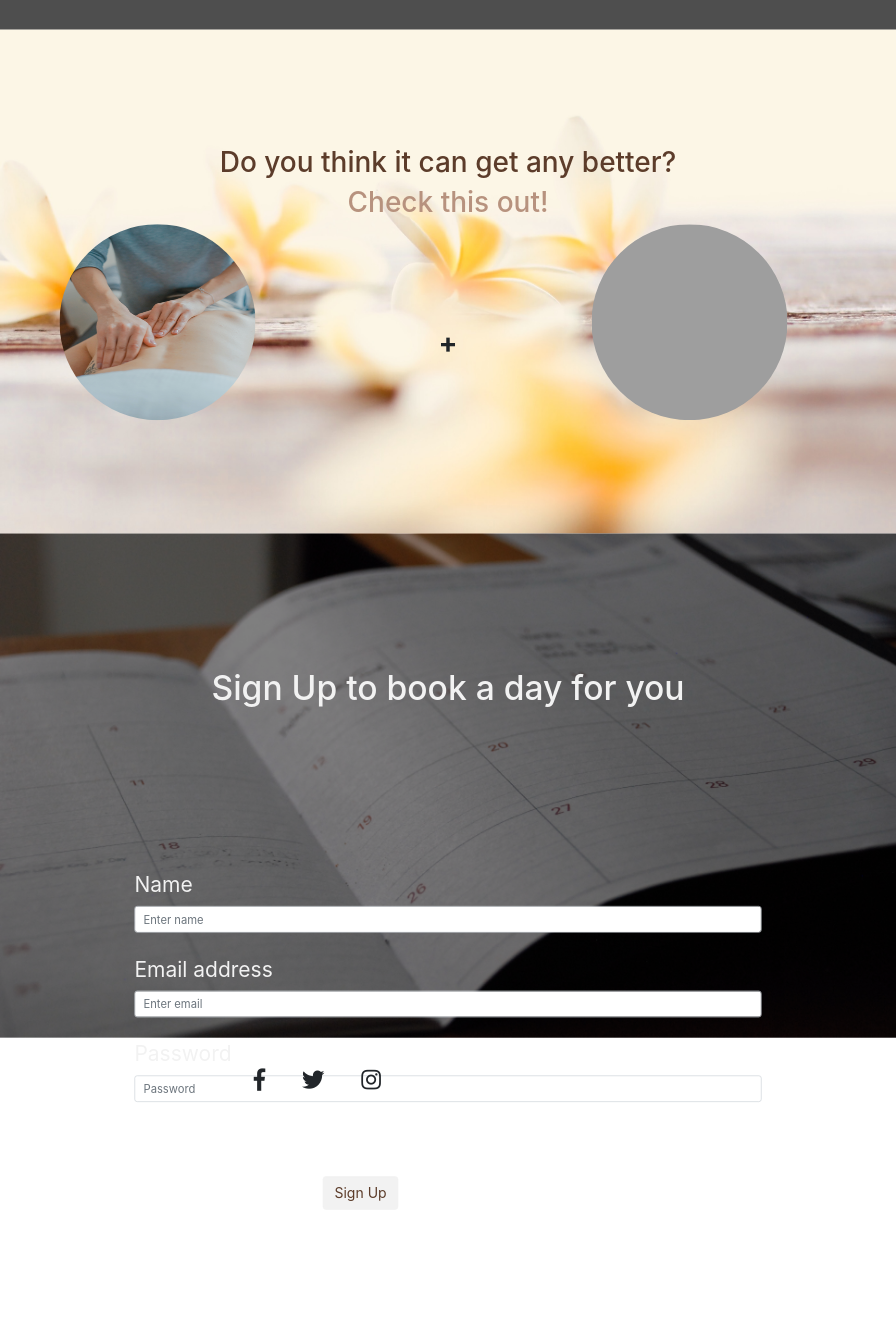
Repository: Code-Institute-Submissions/spa-website
Page: index.html
The author's editor kept a record of every edit. The page is drawn from the files as they stood at one moment, then again after the next edit.
The browser window is 1280 px wide. The pictures show the part of the page from y = 2906 to 4826 px (the page is 4826 px tall), at 70% of full size.
Pictures or frames that could not be fetched are drawn as grey boxes. An inner scrolling area shows only its first screen. Some web libraries are served in a nearby version.

Above is the page before.

After the next edit:
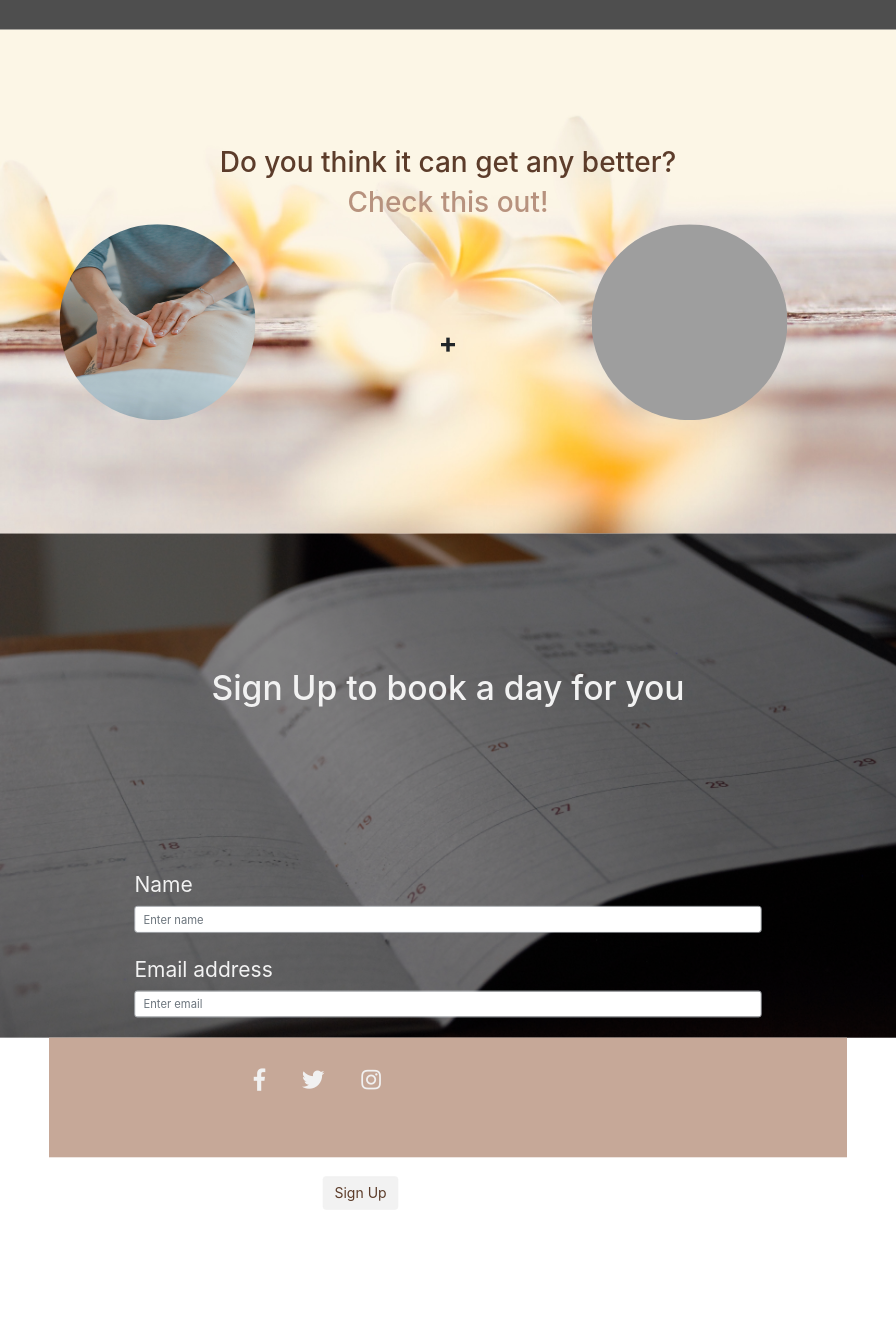
The edit:
--- a/assets/css/style.css
+++ b/assets/css/style.css
@@ -319,11 +319,13 @@
 /*--------Footer------*/
 #icons {
 padding-left: 25%;
-
-
-
-
-
-
-
-}
+color: #f1f1f1;
+background-color: #C6A898;
+
+
+
+
+
+
+
+}
